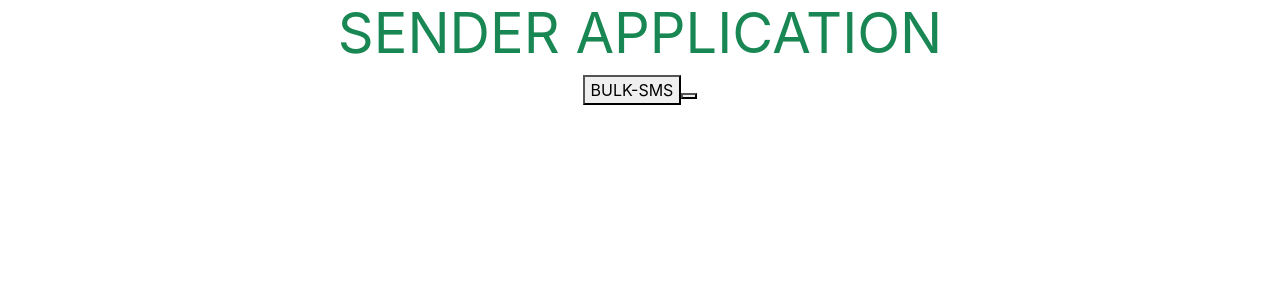
Repository: oluwaseyi9325/react-redux
Page: /mailer
The author's editor kept a copy of each file at every save. The page is drawn from the files as they stood at one save, then again after the next save.
The browser window is 1280 px wide. The pictures show the whole page.
The project was rebuilt for these pictures with package versions that can differ from the ones it lists, and the page was loaded fresh each time. Also part of the build but not shown: src/Pages/Index.tsx, src/Pages/NotFond.tsx.

Above is the page before, as saved 2023-04-18 17:15:14.

### public/index.html
<!DOCTYPE html>
<html lang="en">

<head>
  <meta charset="utf-8" />
  <link rel="icon" href="%PUBLIC_URL%/favicon.ico" />
  <meta name="viewport" content="width=device-width, initial-scale=1" />
  <meta name="theme-color" content="#000000" />
  <meta name="description" content="Web site created using create-react-app" />
  <link rel="apple-touch-icon" href="%PUBLIC_URL%/logo192.png" />
  <link rel="manifest" href="%PUBLIC_URL%/manifest.json" />
  <link href="https://cdn.jsdelivr.net/npm/bootstrap@5.2.3/dist/css/bootstrap.min.css" rel="stylesheet" integrity="sha384-rbsA2VBKQhggwzxH7pPCaAqO46MgnOM80zW1RWuH61DGLwZJEdK2Kadq2F9CUG65" crossorigin="anonymous">
  <script src="https://cdn.jsdelivr.net/npm/bootstrap@5.2.3/dist/js/bootstrap.bundle.min.js" integrity="sha384-kenU1KFdBIe4zVF0s0G1M5b4hcpxyD9F7jL+jjXkk+Q2h455rYXK/7HAuoJl+0I4" crossorigin="anonymous"></script>
  <link rel="stylesheet" href="https://cdn.jsdelivr.net/npm/bootstrap-icons@1.10.3/font/bootstrap-icons.css">
  <title>SMS SENDER</title>
</head>

<body>
  <noscript>You need to enable JavaScript to run this app.</noscript>
  <div id="root"></div>
</body>

</html>

### src/index.tsx
import React from 'react';
import ReactDOM from 'react-dom/client';
import './index.css';
import App from './App';
import reportWebVitals from './reportWebVitals';
import { BrowserRouter } from 'react-router-dom';

const root = ReactDOM.createRoot(
  document.getElementById('root') as HTMLElement
);
root.render(
  <React.StrictMode>
    <BrowserRouter>
    <App />

    </BrowserRouter>
  </React.StrictMode>
);

// If you want to start measuring performance in your app, pass a function
// to log results (for example: reportWebVitals(console.log))
// or send to an analytics endpoint. Learn more: https://bit.ly/CRA-vitals
reportWebVitals();

### src/App.tsx
import React from 'react'
import { Route, Router, Routes } from 'react-router-dom'
import Index from './Pages/Index'
import Mailer from './Pages/Mailer'
import NotFond from './Pages/NotFond'

const App = () => {

  return (
    <>
    <Routes>
      <Route path='/' element={<Index/>} />
      <Route path='/mailer' element={<Mailer/>} />
      <Route path='*' element={<NotFond/>}/>
    </Routes>
    </>
  )
}

export default App

### src/Pages/Mailer.tsx
import React from 'react'
import NavBar from '../Components/NavBar'

const Mailer = () => {
  return (
    <div>
      <NavBar/>
    </div>
  )
}

export default Mailer

### src/Components/NavBar.tsx
import React from 'react'

const NavBar = () => {
  return (
    <>

      <div className='text-center'>
        <h4 className='text-success display-4'><b>SENDER APPLICATION</b></h4>
        <div>
            <button>BULK-SMS</button>
            <button></button>
        </div>
      </div>

    </>
  )
}

export default NavBar

Loaded but not shown: src/index.css (common file); src/reportWebVitals.ts (common file)

After the next save:
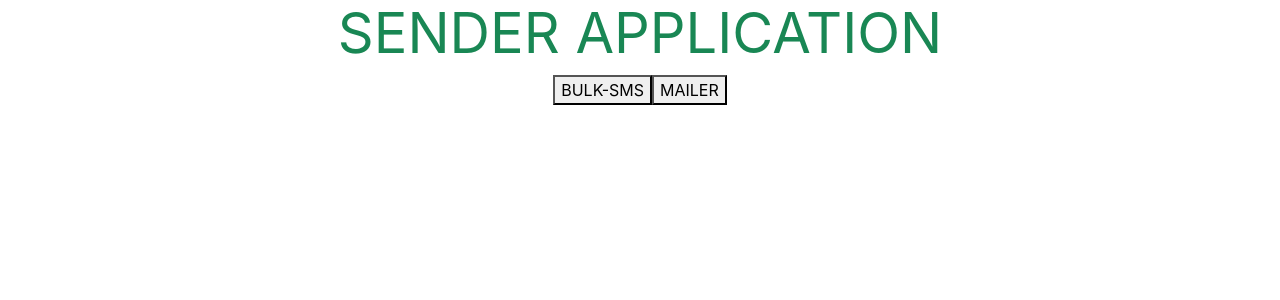
Saved 4 s later.
--- a/src/Components/NavBar.tsx
+++ b/src/Components/NavBar.tsx
@@ -8,7 +8,7 @@ const NavBar = () => {
         <h4 className='text-success display-4'><b>SENDER APPLICATION</b></h4>
         <div>
             <button>BULK-SMS</button>
-            <button></button>
+            <button>MAILER</button>
         </div>
       </div>
 
